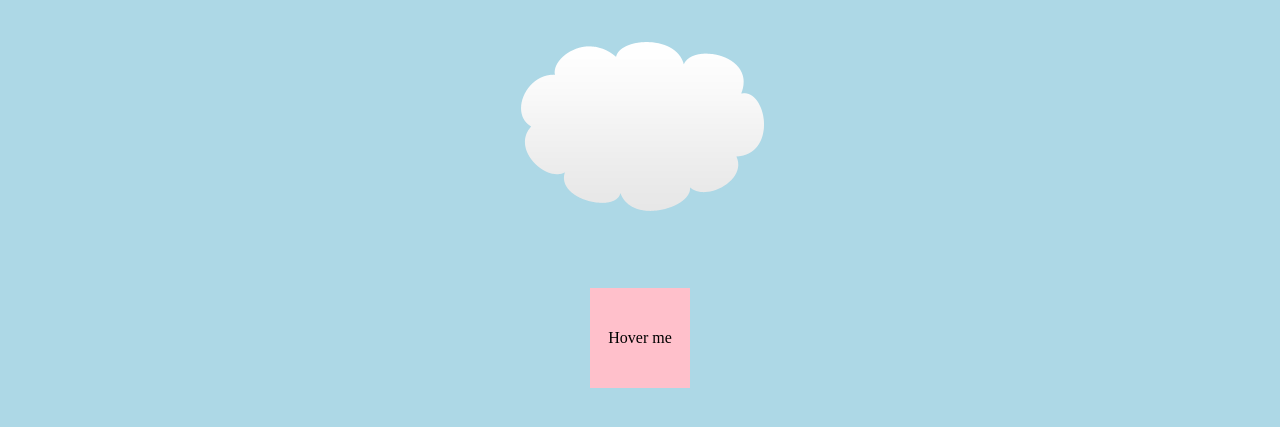
Repository: RemModz/Animacja-Mario
Page: index.html
The author's editor kept a copy of each file at every save. The page is drawn from the files as they stood at one save, then again after the next save.
The browser window is 1280 px wide. The pictures show the whole page.

Above is the page before, as saved 2018-11-08 18:42:09.

### index.html
<!DOCTYPE html>
<head>
  <title>Basket Example</title>
  <link href="style.css" rel="stylesheet" type="text/css">
</head>
<body>
  <div class="wrapper">
      <img src="mario-examples/img/cloud.png">
      <div class="circle">Hover me</div>
  </div>
</body>

### style.css
body {
  background: lightblue;
  text-align: center;
}

.wrapper{
  width: 100%;
  padding: 20px;
  box-sizing: border-box;
}
img {
  transform: rotate
}

.circle {
  width: 100px;
  padding: 50px 0;
  line-height: 0;
  margin: 60px auto;
  background: pink
}

After the next save:
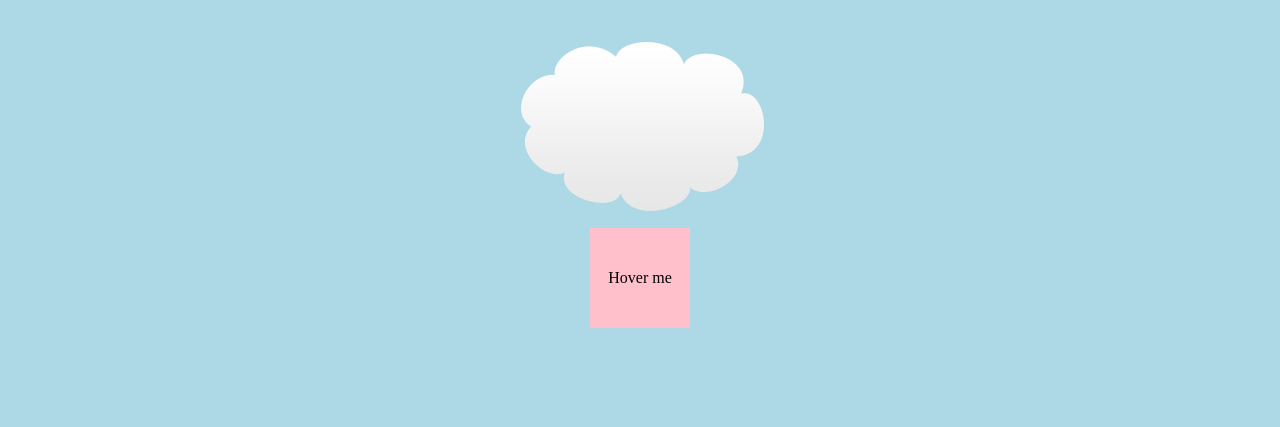
Saved 14 s later.
--- a/style.css
+++ b/style.css
@@ -16,6 +16,6 @@
   width: 100px;
   padding: 50px 0;
   line-height: 0;
-  margin: 60px auto;
+  margin:  auto;
   background: pink
 }
